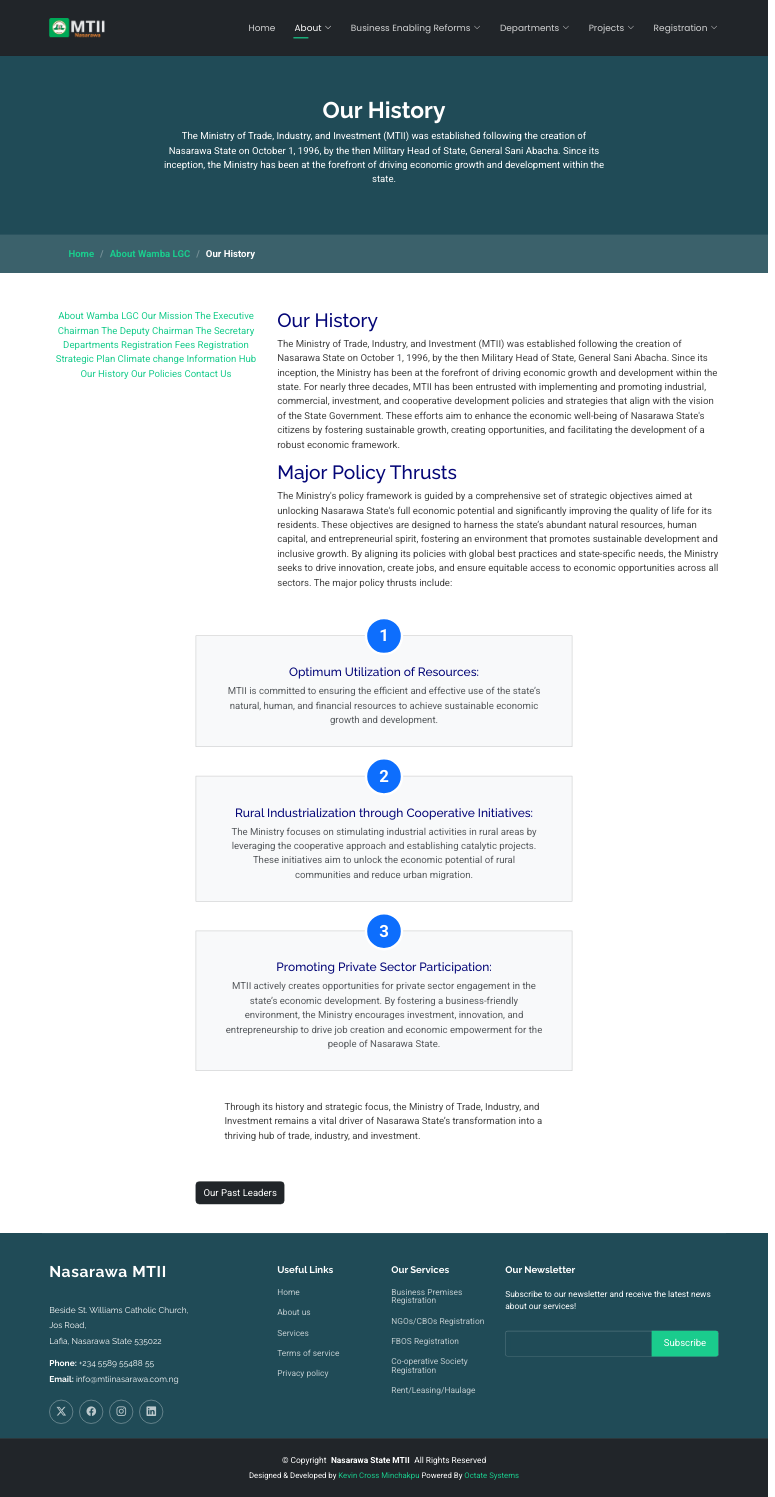
Repository: GlorifiedIntel/wamba-lgc
Page: wamba-history.html
The author's editor kept a copy of each file at every save. The page is drawn from the files as they stood at one save, then again after the next save.
The browser window is 1280 px wide. The page is 1292 px wide, so the pictures cover 1292 px, including what lies to the right of the window. The pictures show the whole page, at 60% of full size.

Above is the page before, as saved 2025-02-06 02:34:13.
Console error: TypeError: Cannot read properties of null (reading 'click')

After the next save:
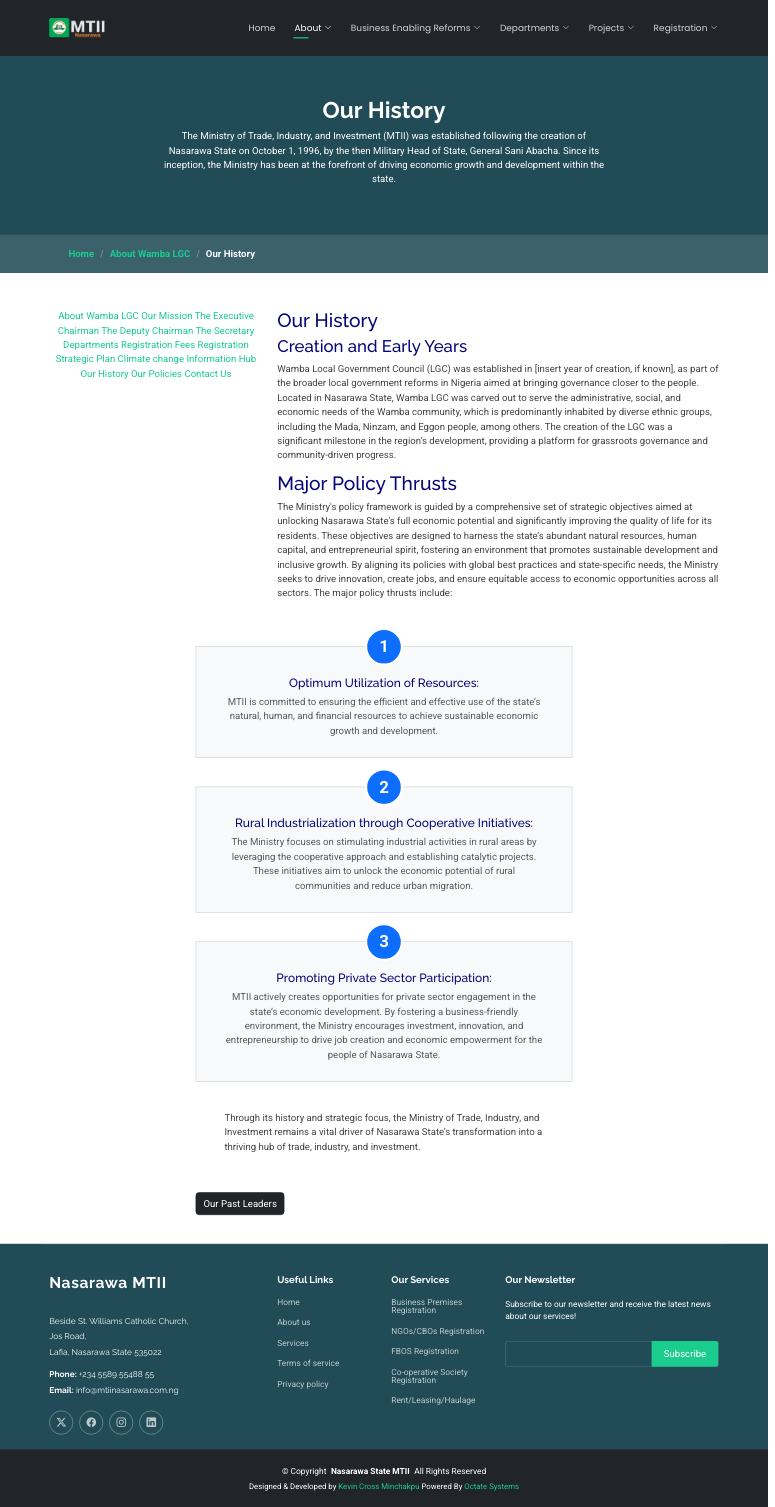
Saved 115 s later.
--- a/wamba-history.html
+++ b/wamba-history.html
@@ -142,7 +142,8 @@
           </div>
           <div class="col-md-8 right-column text-start">
             <h2>Our History</h2>
-            <p>The Ministry of Trade, Industry, and Investment (MTII) was established following the creation of Nasarawa State on October 1, 1996, by the then Military Head of State, General Sani Abacha. Since its inception, the Ministry has been at the forefront of driving economic growth and development within the state. For nearly three decades, MTII has been entrusted with implementing and promoting industrial, commercial, investment, and cooperative development policies and strategies that align with the vision of the State Government. These efforts aim to enhance the economic well-being of Nasarawa State's citizens by fostering sustainable growth, creating opportunities, and facilitating the development of a robust economic framework.</p>
+            <h3>Creation and Early Years</h3>
+            <p>Wamba Local Government Council (LGC) was established in [insert year of creation, if known], as part of the broader local government reforms in Nigeria aimed at bringing governance closer to the people. Located in Nasarawa State, Wamba LGC was carved out to serve the administrative, social, and economic needs of the Wamba community, which is predominantly inhabited by diverse ethnic groups, including the Mada, Ninzam, and Eggon people, among others. The creation of the LGC was a significant milestone in the region’s development, providing a platform for grassroots governance and community-driven progress.            </p>
           <h2>Major Policy Thrusts</h2>
           <p>The Ministry's policy framework is guided by a comprehensive set of strategic objectives aimed at unlocking Nasarawa State's full economic potential and significantly improving the quality of life for its residents. These objectives are designed to harness the state’s abundant natural resources, human capital, and entrepreneurial spirit, fostering an environment that promotes sustainable development and inclusive growth. By aligning its policies with global best practices and state-specific needs, the Ministry seeks to drive innovation, create jobs, and ensure equitable access to economic opportunities across all sectors. The major policy thrusts include:</p>
           </div>
